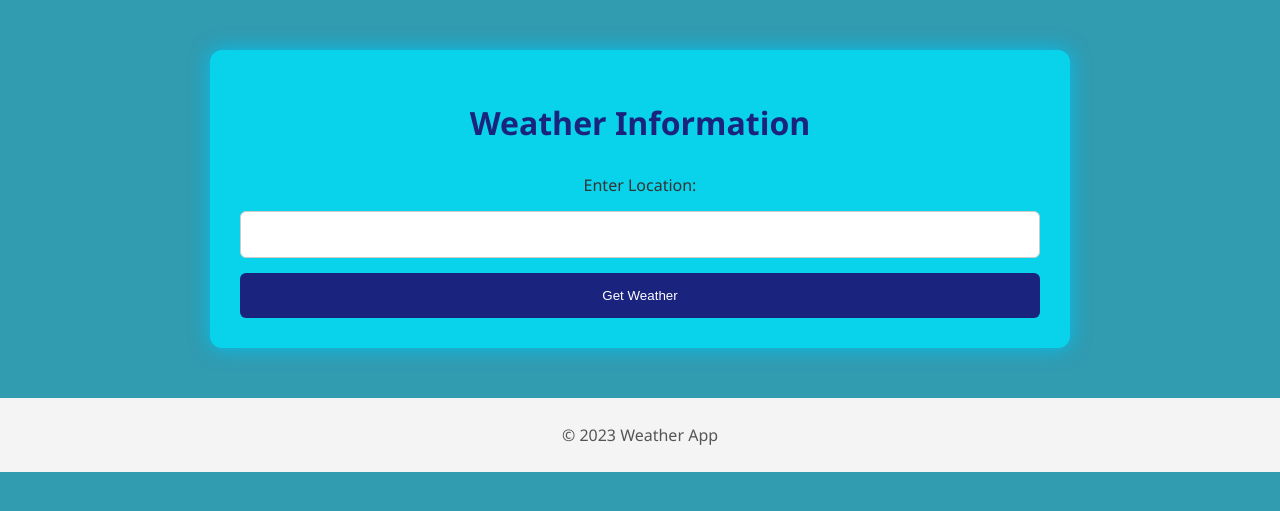
Repository: muke2110/weather
Page: http://localhost/
The author's editor kept a copy of each file at every save. The page is drawn from the files as they stood at one save, then again after the next save.
The browser window is 1280 px wide. The pictures show the whole page.
The page is served by the project's Node server (app.js).

Above is the page before, as saved 2023-12-08 19:43:37.

### views/index.ejs
<!DOCTYPE html>
<html lang="en">
<head>
  <meta charset="UTF-8">
  <meta name="viewport" content="width=device-width, initial-scale=1.0">
  <title>Weather Information</title>
  <link rel="stylesheet" href="/styles.css">

</head>
<body>
  <div class="container">
    <h1>Weather Information</h1>

    <form action="/location" method="post">
      <label for="locationInput">Enter Location:</label>
      <input type="text" id="locationInput" name="location" required>
      <button type="submit">Get Weather</button>
    </form>

    <% if (error) { %>
      <p class="error-message">Error: <%= error %></p>
    <% } else if (location) { %>
      <div id="weatherResult">
        <img src= <%= png %>>
        <p>Location: <%= place.name %></p>
        <p>Temperature: <%= location.temp_c %>°C</p>
        <p>Condition: <%= location.condition.text %></p>
      </div>
    <% } %>
  </div>
  <footer>
    <!-- Your footer content goes here -->
    <p>&copy; 2023 Weather App</p>
  </footer>
</body>
<script>
  if (performance.navigation.type === 1) {
    // Redirect to the home page
    window.location.href = "/";
  }
</script>
</html>

### app.js
const axios = require('axios');
const express = require('express');
const app = express();
const port = 3000;

app.use(express.json());
app.use(express.urlencoded({ extended: true }));
// Add this line after app initialization
app.use(express.static('public'));


app.set('view engine', 'ejs');

app.get('/', (req, res) => {
  res.render('index', { error: null, location: null });
});

app.post('/location', async (req, res) => {
  const { location } = req.body;

  if (!location) {
    return res.render('index', { error: 'Location is required in the request body', location: null });
  }

  const apiUrl = `https://api.weatherapi.com/v1/current.json?key=c3961c028a3640cfad7132456230212&q=${location}&aqi=yes`;

  try {
    const response = await axios.get(apiUrl);
    const data = response.data;

    console.log(`Location : ${data.location.name}\nCondition : ${data.current.condition.text}\nTemperature : ${data.current.temp_c}`);
    // Render the EJS file with the weather information
    res.render('index', { error: null, location: data.current ,place: data.location, png:data.current.condition.icon});
  } catch (error) {
    console.error('Error fetching data:', error);
    res.render('index', { error: 'Internal Server Error', location: null });
  }
});

app.listen(port, () => {
  console.log(`Server is running on port ${port}`);
});

### public/styles.css
/* styles.css */

body {
    font-family: 'Segoe UI', Tahoma, Geneva, Verdana, sans-serif; /* Changed font-family */
    margin: 0;
    padding: 0;
    background-color: #319bb0; /* Light blue background */
}

.container {
    max-width: 800px; /* Increased max-width for a more spacious feel */
    margin: 50px auto;
    background-color: #09d3ea;
    padding: 30px;
    border-radius: 12px; /* Rounded corners */
    box-shadow: 0 0 20px rgb(5, 191, 238);
}

h1 {
    text-align: center;
    color: #1a237e; /* Dark blue color */
}

form {
    display: flex;
    flex-direction: column;
    align-items: center;
    margin-top: 30px; /* Increased margin-top for better spacing */
}

label {
    margin-bottom: 15px; /* Increased margin for better spacing */
    color: #333;
}

input {
    padding: 15px;
    margin-bottom: 15px;
    width: 100%;
    box-sizing: border-box;
    border: 1px solid #ccc; /* Added a subtle border */
    border-radius: 6px; /* Rounded input corners */
}

button {
    padding: 15px;
    background-color: #1a237e; /* Dark blue button color */
    color: #fff;
    border: none;
    cursor: pointer;
    transition: background-color 0.3s;
    width: 100%;
    box-sizing: border-box;
    border-radius: 6px; /* Rounded button corners */
}

button:hover {
    background-color: #0d47a1; /* Darker blue on hover */
}

#weatherResult {
    margin-top: 30px;
    padding: 30px;
    border: 1px solid #ccc;
    border-radius: 12px;
    background-color: #1cb6cdc1; /* Lighter blue background */
}

footer {
    text-align: center;
    padding: 10px;
    color: #555;
    background-color: #f4f4f4; /* Add background color to the footer */
    margin-top:auto;

}

After the next save:
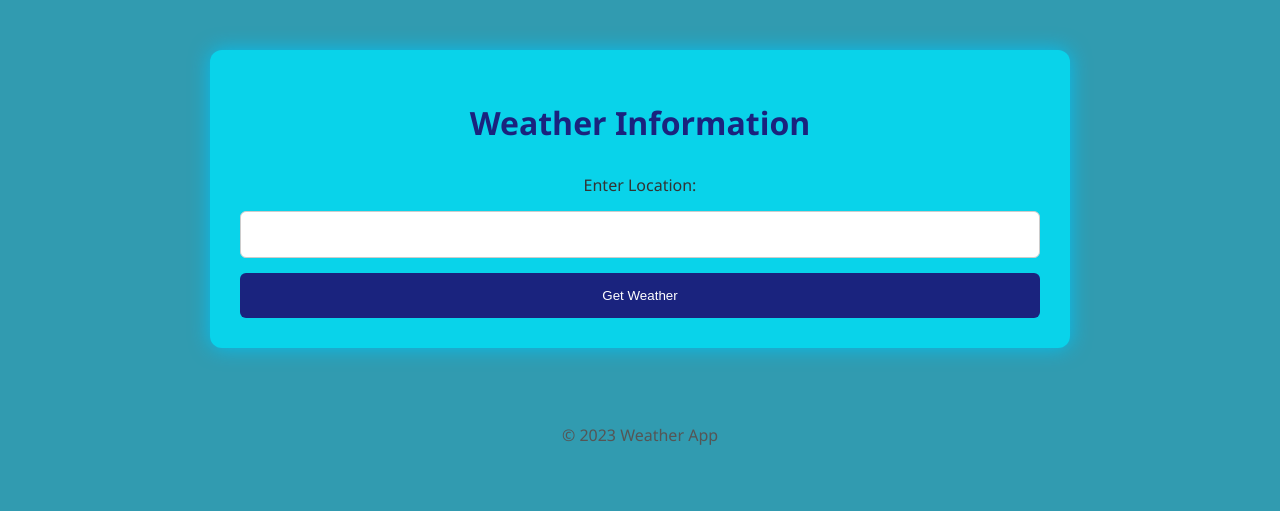
Saved 12 s later.
--- a/public/styles.css
+++ b/public/styles.css
@@ -70,7 +70,7 @@ footer {
     text-align: center;
     padding: 10px;
     color: #555;
-    background-color: #f4f4f4; /* Add background color to the footer */
+    background-color: #f4f4f400; /* Add background color to the footer */
     margin-top:auto;
 
 }
